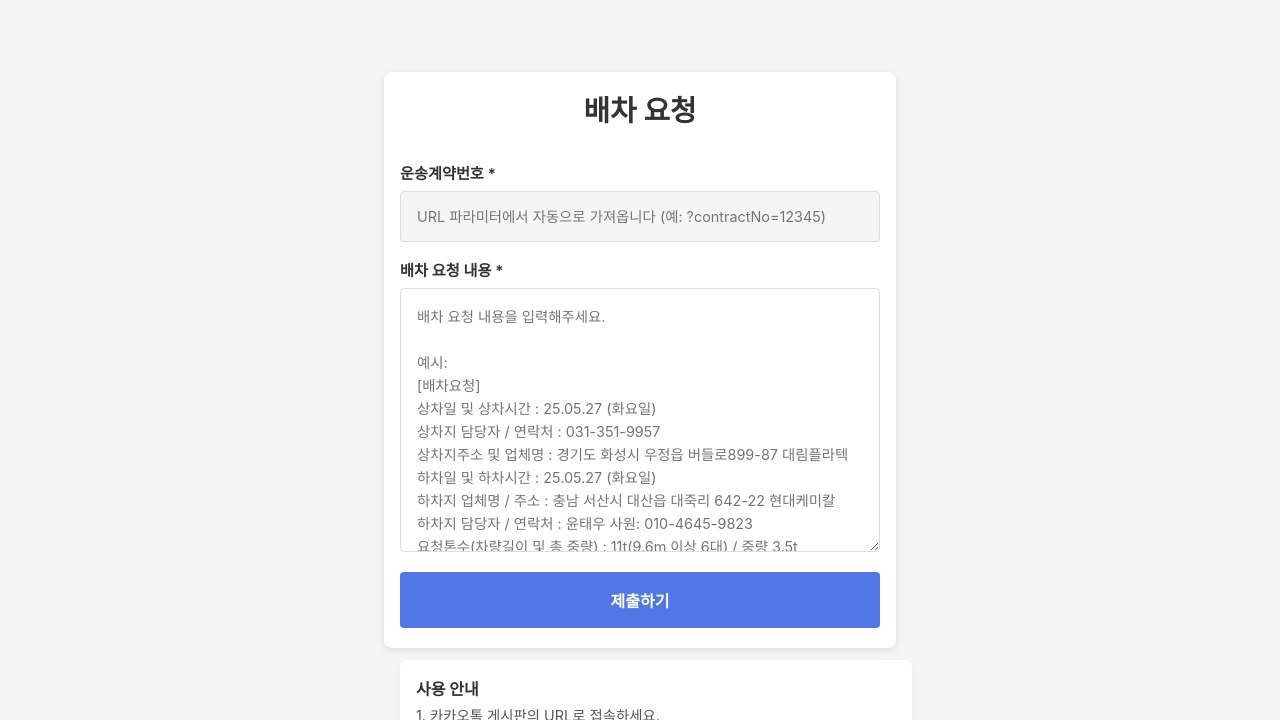
Repository: deul428/logis_transport
Page: / (app in frontend/)
An editor plug-in stored every save of this project. The page is shown before and after a run of saves, followed by the edit.
The browser window is 1280 px wide. The pictures show the whole page.
The project was rebuilt for these pictures with package versions that can differ from the ones it lists, and the page was loaded fresh each time. Also part of the build but not shown: frontend/src/App.scss.

Above is the page before, as saved 2025-11-13 13:55:50.

After the next 3 saves:
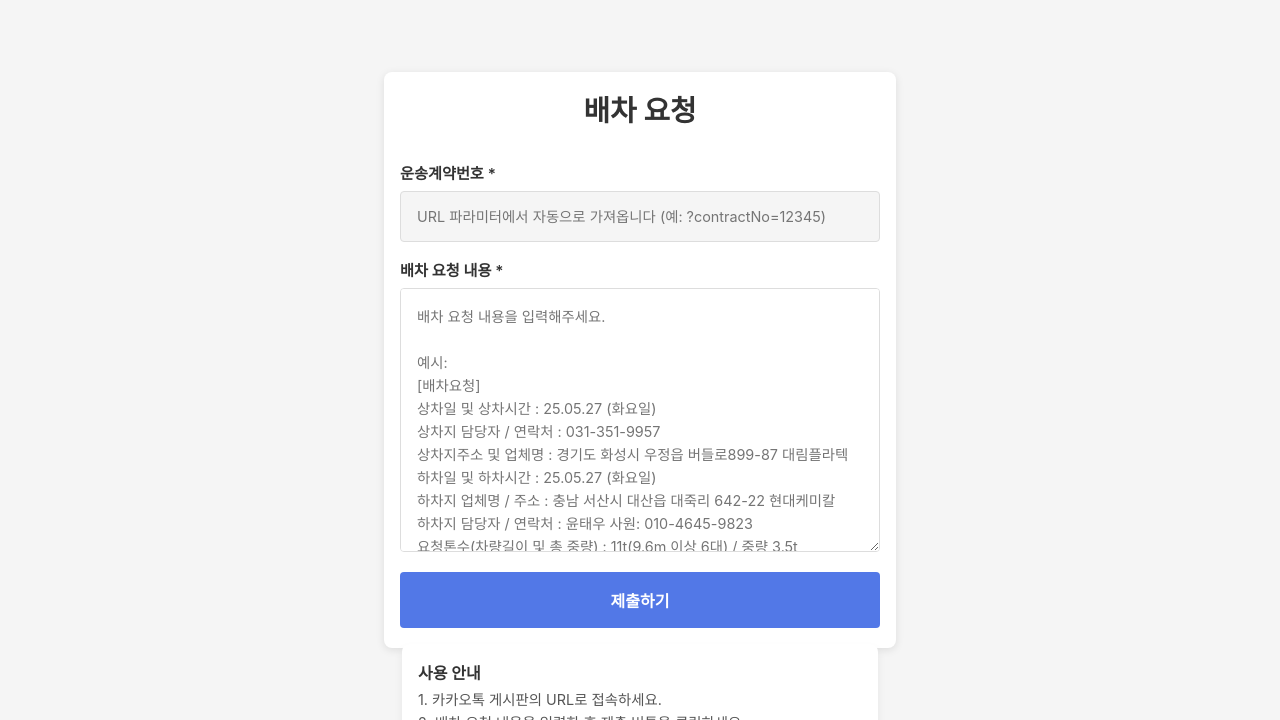
The 3 saves are shown as one change because they came seconds apart.
The last was saved 16 s later.
--- a/frontend/src/styles/transport.scss
+++ b/frontend/src/styles/transport.scss
@@ -173,9 +173,6 @@
     }
 
     #desc_area {
-      width: 100%;
-      margin-top: 2rem;
-
       .info_box {
         h3 {
           margin: 0 0 0.25rem;
